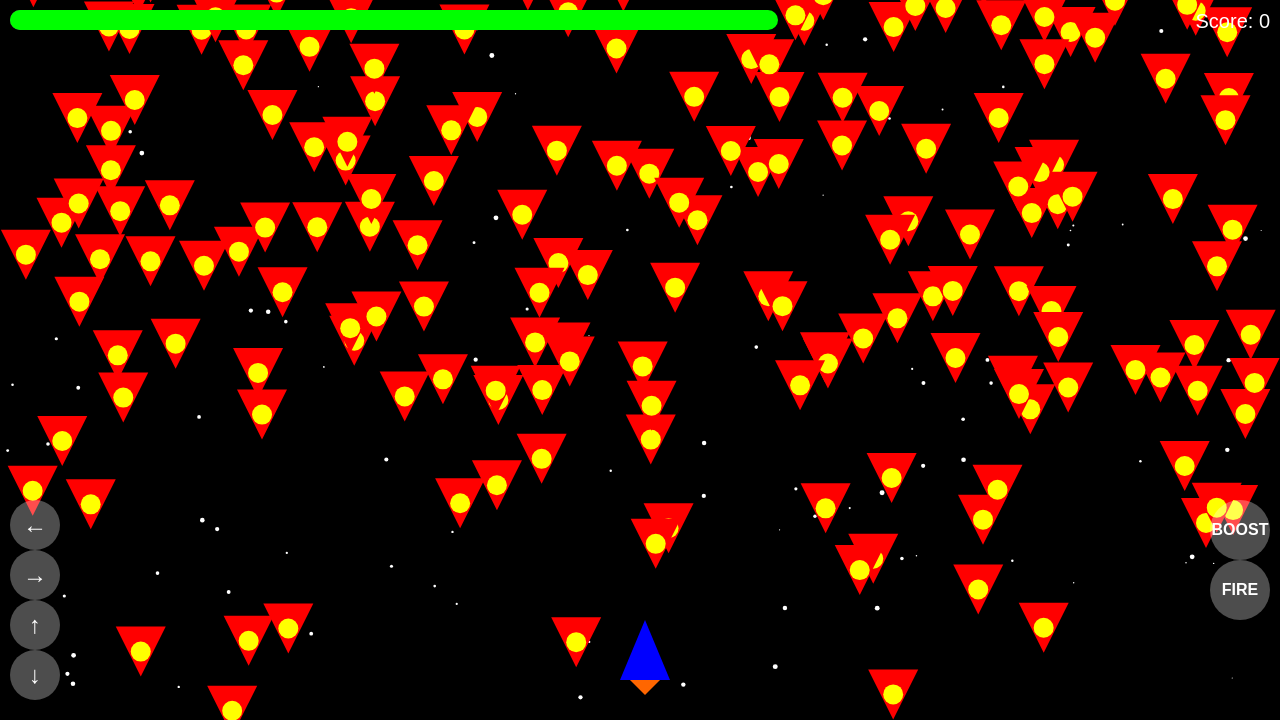
Repository: BiranOrundas/space-shooter
Page: space-shooter.html
The author's editor kept a copy of each file at every save. The page is drawn from the files as they stood at one save, then again after the next save.
The browser window is 1280 px wide. The pictures show the whole page.

Above is the page before, as saved 2025-03-13 14:27:37.

### space-shooter.html
<!DOCTYPE html>
<html lang="en">
<head>
  <meta charset="UTF-8">
  <meta name="viewport" content="width=device-width, initial-scale=1.0">
  <title>Space Shooter</title>
  <style>
    body {
      margin: 0;
      overflow: hidden;
      touch-action: none;
      font-family: Arial, sans-serif;
      background-color: #000;
      display: flex;
      justify-content: center;
      align-items: center;
      height: 100vh;
    }

    #game-container {
      position: relative;
      width: 100vw;
      height: 100vh;
      background-color: #000;
      overflow: hidden;
      touch-action: none;
    }

    #game-canvas {
      width: 100%;
      height: 100%;
    }

    #controls {
      position: absolute;
      bottom: 20px;
      left: 0;
      width: 100%;
      display: flex;
      justify-content: space-between;
      z-index: 10;
    }

    .direction-btn {
      width: 50px;
      height: 50px;
      background-color: rgba(255, 255, 255, 0.3);
      border-radius: 50%;
      display: flex;
      justify-content: center;
      align-items: center;
      color: white;
      font-weight: bold;
      font-size: 24px;
      user-select: none;
      margin: 0 10px;
    }

    .action-btn {
      width: 60px;
      height: 60px;
      background-color: rgba(255, 255, 255, 0.3);
      border-radius: 50%;
      display: flex;
      justify-content: center;
      align-items: center;
      color: white;
      font-weight: bold;
      font-size: 16px;
      user-select: none;
      margin: 0 10px;
    }

    #life-bar-container {
      position: absolute;
      top: 10px;
      left: 10px;
      width: 15%;
      height: 20px;
      background-color: rgba(255, 255, 255, 0.3);
      border-radius: 10px;
    }

    #life-bar {
      height: 100%;
      width: 100%;
      background-color: #0f0;
      border-radius: 10px;
      transition: width 0.5s;
    }

    #score {
      position: absolute;
      top: 10px;
      right: 10px;
      color: white;
      font-size: 20px;
    }

    #game-over {
      position: absolute;
      top: 0;
      left: 0;
      width: 100%;
      height: 100%;
      background-color: rgba(0, 0, 0, 0.8);
      display: none;
      flex-direction: column;
      justify-content: center;
      align-items: center;
      color: white;
      font-size: 30px;
      z-index: 20;
    }

    #restart-btn {
      margin-top: 20px;
      padding: 10px 20px;
      background-color: #0f0;
      color: black;
      border: none;
      border-radius: 5px;
      font-size: 18px;
      cursor: pointer;
    }

    .star {
      position: absolute;
      background-color: white;
      border-radius: 50%;
    }
  </style>
</head>
<body>
  <div id="game-container">
    <div id="life-bar-container">
      <div id="life-bar"></div>
    </div>
    <div id="score">Score: 0</div>
    <canvas id="game-canvas"></canvas>

    <div id="controls">
      <div id="movement-controls">
        <div class="direction-btn" id="left-btn">←</div>
        <div class="direction-btn" id="right-btn">→</div>
        <div class="direction-btn" id="up-btn">↑</div>
        <div class="direction-btn" id="down-btn">↓</div>
      </div>
      <div id="action-controls">
        <div class="action-btn" id="boost-btn">BOOST</div>
        <div class="action-btn" id="shoot-btn">FIRE</div>
      </div>
    </div>

    <div id="game-over">
      <div>GAME OVER</div>
      <div id="final-score">Score: 0</div>
      <button id="restart-btn">Restart</button>
    </div>
  </div>

  <script>
    // Game setup
    const canvas = document.getElementById('game-canvas');
    const ctx = canvas.getContext('2d');

    // Set canvas dimensions to match container
    const container = document.getElementById('game-container');
    canvas.width = container.clientWidth;
    canvas.height = container.clientHeight;

    // Game variables
    let score = 0;
    let gameOver = false;
    let animationId;

    // Player variables
    const player = {
      x: canvas.width / 2 - 20,
      y: canvas.height - 100,
      width: 50,
      height: 60,
      speed: 5,
      boostedSpeed: 10,
      isBoosting: false,
      life: 400,
      color: '#00f',
      cooldown: 0,
      lastShot: 0
    };


    // Game elements arrays
    const bullets = [];
    const enemies = [];
    const stars = [];

    // Control variables
    let leftPressed = false;
    let rightPressed = false;
    let upPressed = false;
    let downPressed = false;
    let shootPressed = false;
    let boostPressed = false;

    // Generate stars for background
    function createStars() {
      const starCount = 100;
      for (let i = 0; i < starCount; i++) {
        stars.push({
          x: Math.random() * canvas.width,
          y: Math.random() * canvas.height,
          size: Math.random() * 2 + 0.5,
          speed: Math.random() * 2 + 1.9
        });
      }
    }

    // Draw player's spaceship
    function drawPlayer() {
      // Draw player ship
      ctx.fillStyle = player.color;

      // Ship body
      ctx.beginPath();
      ctx.moveTo(player.x + player.width / 2, player.y);
      ctx.lineTo(player.x + player.width, player.y + player.height);
      ctx.lineTo(player.x, player.y + player.height);
      ctx.closePath();
      ctx.fill();

      // Engine flames
      if (player.isBoosting) {
        ctx.fillStyle = '#ff0';
      } else {
        ctx.fillStyle = '#f60';
      }

      const flameHeight = player.isBoosting ? 30 : 15;
      ctx.beginPath();
      ctx.moveTo(player.x + 10, player.y + player.height);
      ctx.lineTo(player.x + player.width / 2, player.y + player.height + flameHeight);
      ctx.lineTo(player.x + player.width - 10, player.y + player.height);
      ctx.closePath();
      ctx.fill();
    }

    // Create a bullet
    function shootBullet() {
      const now = Date.now();
      if (now - player.lastShot > 100) { // Cooldown in ms
        bullets.push({
          x: player.x + player.width / 2 - 3,
          y: player.y,
          width: 1,
          height: 15,
          speed: 10,
          color: '#f00'
        });
        player.lastShot = now;
      }
    }

    // Draw bullets
    function drawBullets() {
      bullets.forEach(bullet => {
        ctx.fillStyle = bullet.color;
        ctx.fillRect(bullet.x, bullet.y, bullet.width, bullet.height);
      });
    }

    // Create enemy ships
// Create enemy ships
function spawnEnemy() {
  if (Math.random() < 0.5 && !gameOver) {
    // Eğer boost aktifse, düşmanların hızını artır
    const enemySpeed = player.isBoosting ? Math.random() * 3 + 2 : Math.random() * 2 + 1;

    enemies.push({
      x: Math.random() * (canvas.width - 50),
      y: -50,
      width: 50,
      height: 50,
      speed: enemySpeed  // Boost durumuna göre hız
    });
  }
}


    // Draw enemy ships
    function drawEnemies() {
      enemies.forEach(enemy => {
        // Enemy ship body
        ctx.fillStyle = '#f00';
        ctx.beginPath();
        ctx.moveTo(enemy.x + enemy.width / 2, enemy.y + enemy.height);
        ctx.lineTo(enemy.x + enemy.width, enemy.y);
        ctx.lineTo(enemy.x, enemy.y);
        ctx.closePath();
        ctx.fill();

        // Enemy details
        ctx.fillStyle = '#ff0';
        ctx.beginPath();
        ctx.arc(enemy.x + enemy.width / 2, enemy.y + enemy.height / 2, 10, 0, Math.PI * 2);
        ctx.fill();
      });
    }

    // Draw stars background
    function drawStars() {
      ctx.fillStyle = 'white';
      stars.forEach(star => {
        ctx.beginPath();
        ctx.arc(star.x, star.y, star.size, 0, Math.PI * 2);
        ctx.fill();
      });
    }

    // Update star positions
  // Update star positions
function updateStars() {
  stars.forEach(star => {
    // Eğer boost aktifse, yıldızın hızını artır
    const speedFactor = player.isBoosting ? 3.5 : 1; // Boost aktifse hız 1.5 kat artar, yoksa normal hız

    star.y += star.speed * speedFactor; // Yıldızın hızı boost durumuna göre değişir


    // Eğer yıldız ekranın dışına çıkarsa, konumunu sıfırlayın
    if (star.y > canvas.height) {
      star.y = 0;
      star.x = Math.random() * canvas.width;
    }
  });
}


// Update game elements
function updateGameElements() {
  // Update player position
  if (leftPressed && player.x > 0) {
    player.x -= player.isBoosting ? player.boostedSpeed : player.speed;
  }
  if (rightPressed && player.x < canvas.width - player.width) {
    player.x += player.isBoosting ? player.boostedSpeed : player.speed;
  }
  if (upPressed && player.y < canvas.height - player.height) {
    player.y -= player.isBoosting ? player.boostedSpeed : player.speed;
  }
  if (downPressed && player.y < canvas.height - player.height) {
    player.y += player.isBoosting ? player.boostedSpeed : player.speed;
  }

  // Update bullets
  for (let i = 0; i < bullets.length; i++) {
    bullets[i].y -= bullets[i].speed;

    // Remove bullets that are off screen
    if (bullets[i].y < 0) {
      bullets.splice(i, 1);
      i--;
    }
  }

  // Update enemies
  for (let i = 0; i < enemies.length; i++) {
    enemies[i].y += enemies[i].speed;

    // Check for collision with player
    if (
      player.x < enemies[i].x + enemies[i].width &&
      player.x + player.width > enemies[i].x &&
      player.y < enemies[i].y + enemies[i].height &&
      player.y + player.height > enemies[i].y
    ) {
      // Player hit by enemy
      player.life -= 30;
      updateLifeBar();

      // Remove enemy
      enemies.splice(i, 1);
      i--;

      // Check game over
      if (player.life <= 0) {
        endGame();
      }

      continue;
    }





    // Check for bullets hitting enemies
    for (let j = 0; j < bullets.length; j++) {
      if (
        bullets[j].x < enemies[i].x + enemies[i].width &&
        bullets[j].x + bullets[j].width > enemies[i].x &&
        bullets[j].y < enemies[i].y + enemies[i].height &&
        bullets[j].y + bullets[j].height > enemies[i].y
      ) {
        // Enemy hit by bullet
        score += 10;
        updateScore();

        // Remove enemy and bullet
        enemies.splice(i, 1);
        bullets.splice(j, 1);
        i--;
        break;
      }
    }

    // Remove enemies that are off screen
    if (enemies[i] && enemies[i].y > canvas.height) {
      enemies.splice(i, 1);
      i--;
    }
  }
}


function Day() {
    const space = document.getElementById("game-container");

    setTimeout((randomColor) => {
        var randomColor = Math.floor(Math.random()*16777215).toString(16);
        space.style.backgroundColor = randomColor;
    },5500);
}


    // Update life bar
    function updateLifeBar() {
      const lifeBar = document.getElementById('life-bar');
      lifeBar.style.width = `${player.life}%`;

      // Change color based on life
      if (player.life > 60) {
        lifeBar.style.backgroundColor = '#0f0';
      } else if (player.life > 30) {
        lifeBar.style.backgroundColor = '#ff0';
      } else {
        lifeBar.style.backgroundColor = '#f00';
      }
    }

    // Update score display
    function updateScore() {
      document.getElementById('score').textContent = `Score: ${score}`;
    }

    // Game over
    function endGame() {
      gameOver = true;
      document.getElementById('game-over').style.display = 'flex';
      document.getElementById('final-score').textContent = `Score: ${score}`;
      cancelAnimationFrame(animationId);
    }

    // Main game loop
    function gameLoop() {
      // Clear canvas
      ctx.fillStyle = '#000';
      ctx.fillRect(0, 0, canvas.width, canvas.height);
        //Space Turning
      Day();

      // Draw stars
      drawStars();
      updateStars();

      // Spawn enemies
      spawnEnemy();


      // Update game elements
      updateGameElements();

      // Fire bullet if shoot button is pressed
      if (shootPressed) {
        shootBullet();
      }

      // Draw game elements
      drawPlayer();
      drawBullets();
      drawEnemies();

      // Continue game loop
      if (!gameOver) {
        animationId = requestAnimationFrame(gameLoop);
      }
    }

    // Event listeners for keyboard controls
    document.addEventListener('keydown', (e) => {
      if (e.key === 'ArrowLeft' || e.key === 'a') leftPressed = true;
      if (e.key === 'ArrowRight' || e.key === 'd') rightPressed = true;
      if (e.key === 'ArrowUp' || e.key === 'w') upPressed = true;
      if (e.key === 'ArrowDown' || e.key === 's') downPressed = true;
      if (e.key === ' ' || e.key === 'Enter') shootPressed = true;
      if (e.key === 'Shift') {
        boostPressed = true;
        player.isBoosting = true;
      }
    });

    document.addEventListener('keyup', (e) => {
      if (e.key === 'ArrowLeft' || e.key === 'a') leftPressed = false;
      if (e.key === 'ArrowRight' || e.key === 'd') rightPressed = false;
      if (e.key === 'ArrowUp' || e.key === 'w') upPressed = false;
      if (e.key === 'ArrowDown' || e.key === 's') downPressed = false;
      if (e.key === ' ' || e.key === 'Enter') shootPressed = false;
      if (e.key === 'Shift') {
        boostPressed = false;
        player.isBoosting = false;
      }
    });

    // Touch controls
    const leftBtn = document.getElementById('left-btn');
    const rightBtn = document.getElementById('right-btn');
    const shootBtn = document.getElementById('shoot-btn');
    const boostBtn = document.getElementById('boost-btn');

    leftBtn.addEventListener('touchstart', (e) => {
      e.preventDefault();
      leftPressed = true;
    });

    leftBtn.addEventListener('touchend', (e) => {
      e.preventDefault();
      leftPressed = false;
    });

    rightBtn.addEventListener('touchstart', (e) => {
      e.preventDefault();
      rightPressed = true;
    });

    rightBtn.addEventListener('touchend', (e) => {
      e.preventDefault();
      rightPressed = false;
    });

    shootBtn.addEventListener('touchstart', (e) => {
      e.preventDefault();
      shootPressed = true;
    });

    shootBtn.addEventListener('touchend', (e) => {
      e.preventDefault();
      shootPressed = false;
    });

    boostBtn.addEventListener('touchstart', (e) => {
      e.preventDefault();
      boostPressed = true;
      player.isBoosting = true;
    });

    boostBtn.addEventListener('touchend', (e) => {
      e.preventDefault();
      boostPressed = false;
      player.isBoosting = false;
    });

    // Mouse controls (for testing on desktop)
    leftBtn.addEventListener('mousedown', () => {
      leftPressed = true;
    });

    leftBtn.addEventListener('mouseup', () => {
      leftPressed = false;
    });

    rightBtn.addEventListener('mousedown', () => {
      rightPressed = true;
    });

    rightBtn.addEventListener('mouseup', () => {
      rightPressed = false;
    });

    shootBtn.addEventListener('mousedown', () => {
      shootPressed = true;
    });

    shootBtn.addEventListener('mouseup', () => {
      shootPressed = false;
    });

    boostBtn.addEventListener('mousedown', () => {
      boostPressed = true;
      player.isBoosting = true;
    });

    boostBtn.addEventListener('mouseup', () => {
      boostPressed = false;
      player.isBoosting = false;
    });

    // Restart game
    document.getElementById('restart-btn').addEventListener('click', () => {
      // Reset game state
      score = 0;
      gameOver = false;
      player.life = 100;
      player.x = canvas.width / 2 - 25;
      player.y = canvas.height - 100;
      player.isBoosting = false;

      // Clear arrays
      bullets.length = 0;
      enemies.length = 0;

      // Update UI
      updateScore();
      updateLifeBar();

      // Hide game over screen
      document.getElementById('game-over').style.display = 'none';

      // Start game loop
      gameLoop();
    });

    // Initialize game
    function initGame() {
      createStars();
      updateLifeBar();
      gameLoop();
    }

    // Start the game
    window.addEventListener('load', initGame);

    window.addEventListener('resize', () => {
  canvas.width = container.clientWidth;
  canvas.height = container.clientHeight;
});
  </script>
</body>
</html>

After the next save:
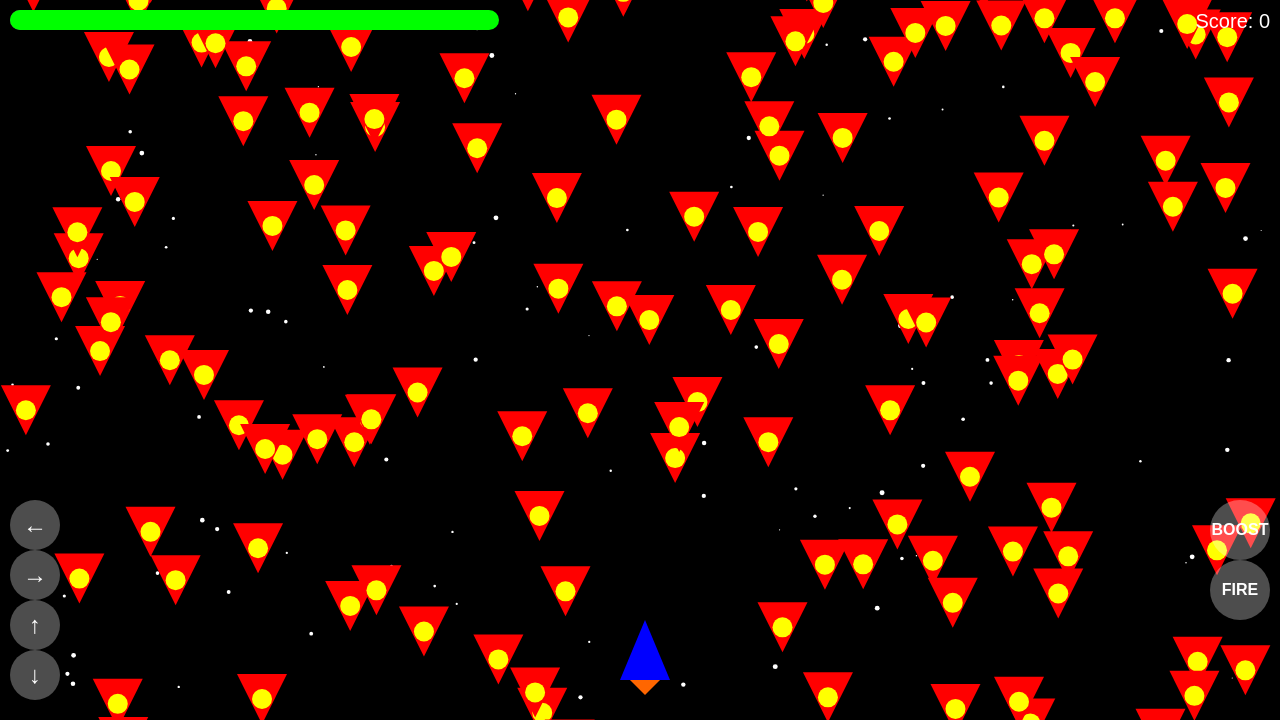
Saved 16 s later.
--- a/space-shooter.html
+++ b/space-shooter.html
@@ -274,7 +274,7 @@
 function spawnEnemy() {
   if (Math.random() < 0.5 && !gameOver) {
     // Eğer boost aktifse, düşmanların hızını artır
-    const enemySpeed = player.isBoosting ? Math.random() * 3 + 2 : Math.random() * 2 + 1;
+    const enemySpeed = player.isBoosting ? Math.random() * 3 + 2 : Math.random() * 5 + 1;
 
     enemies.push({
       x: Math.random() * (canvas.width - 50),

After the save that followed:
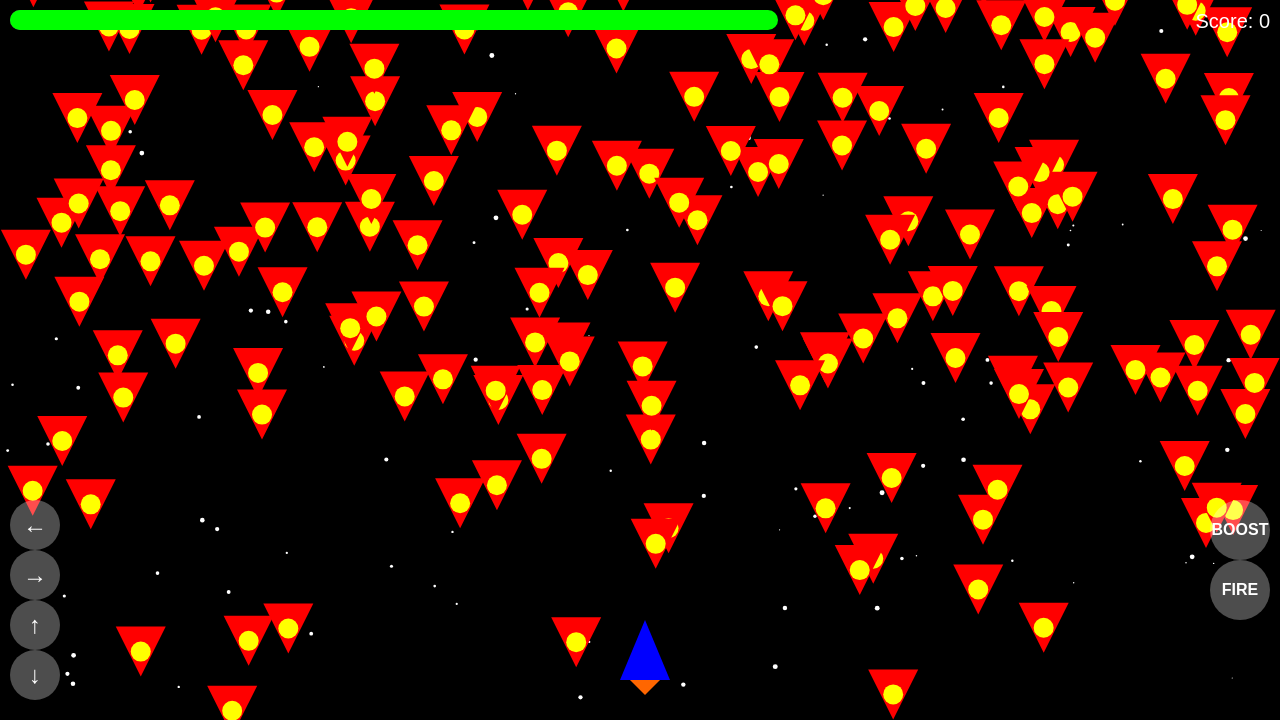
Saved 18 s later.
--- a/space-shooter.html
+++ b/space-shooter.html
@@ -274,7 +274,7 @@
 function spawnEnemy() {
   if (Math.random() < 0.5 && !gameOver) {
     // Eğer boost aktifse, düşmanların hızını artır
-    const enemySpeed = player.isBoosting ? Math.random() * 3 + 2 : Math.random() * 5 + 1;
+    const enemySpeed = player.isBoosting ? Math.random() * 6 + 2 : Math.random() * 2 + 1;
 
     enemies.push({
       x: Math.random() * (canvas.width - 50),
